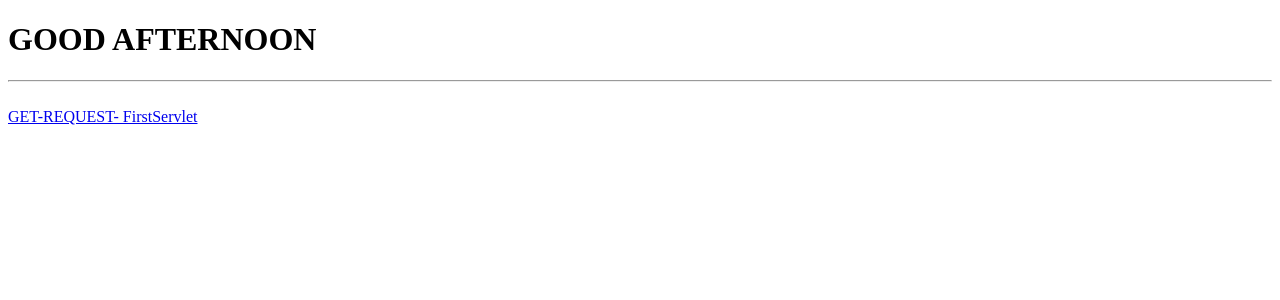
Repository: sunbeam-modular/IIT-08-B-Java
Page: Day06/codes/day1/secondapp/src/main/webapp/index.html
An editor plug-in stored every save of this project. The page is shown before and after the next save, followed by the edit.
The browser window is 1280 px wide. The pictures show the whole page.

Above is the page before, as saved 2025-12-22 10:06:03.

### Day06/codes/day1/secondapp/src/main/webapp/index.html
<!DOCTYPE html>
<html>
<head>
<meta charset="UTF-8">
<title>Insert title here</title>
</head>
<body>
<h1>GOOD AFTERNOON</h1>
<hr/>
<br/>
<div>
<a href = "first">GET-REQUEST- FirstServlet</a>
</div>
<div>
<form method = "post" action = "first">

</form>
</div>
</body>
</html>

After the next save:
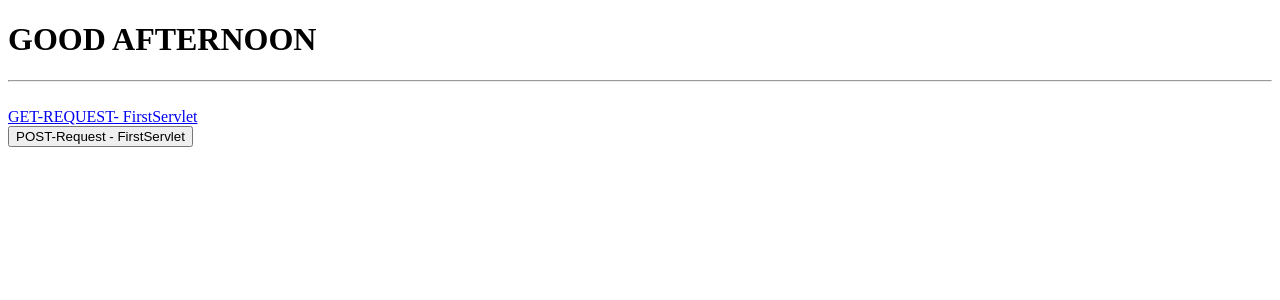
Saved 2 min 14 s later.
--- a/Day06/codes/day1/secondapp/src/main/webapp/index.html
+++ b/Day06/codes/day1/secondapp/src/main/webapp/index.html
@@ -13,7 +13,7 @@
 </div>
 <div>
 <form method = "post" action = "first">
-
+<input type = "submit" value = "POST-Request - FirstServlet"/>
 </form>
 </div>
 </body>
